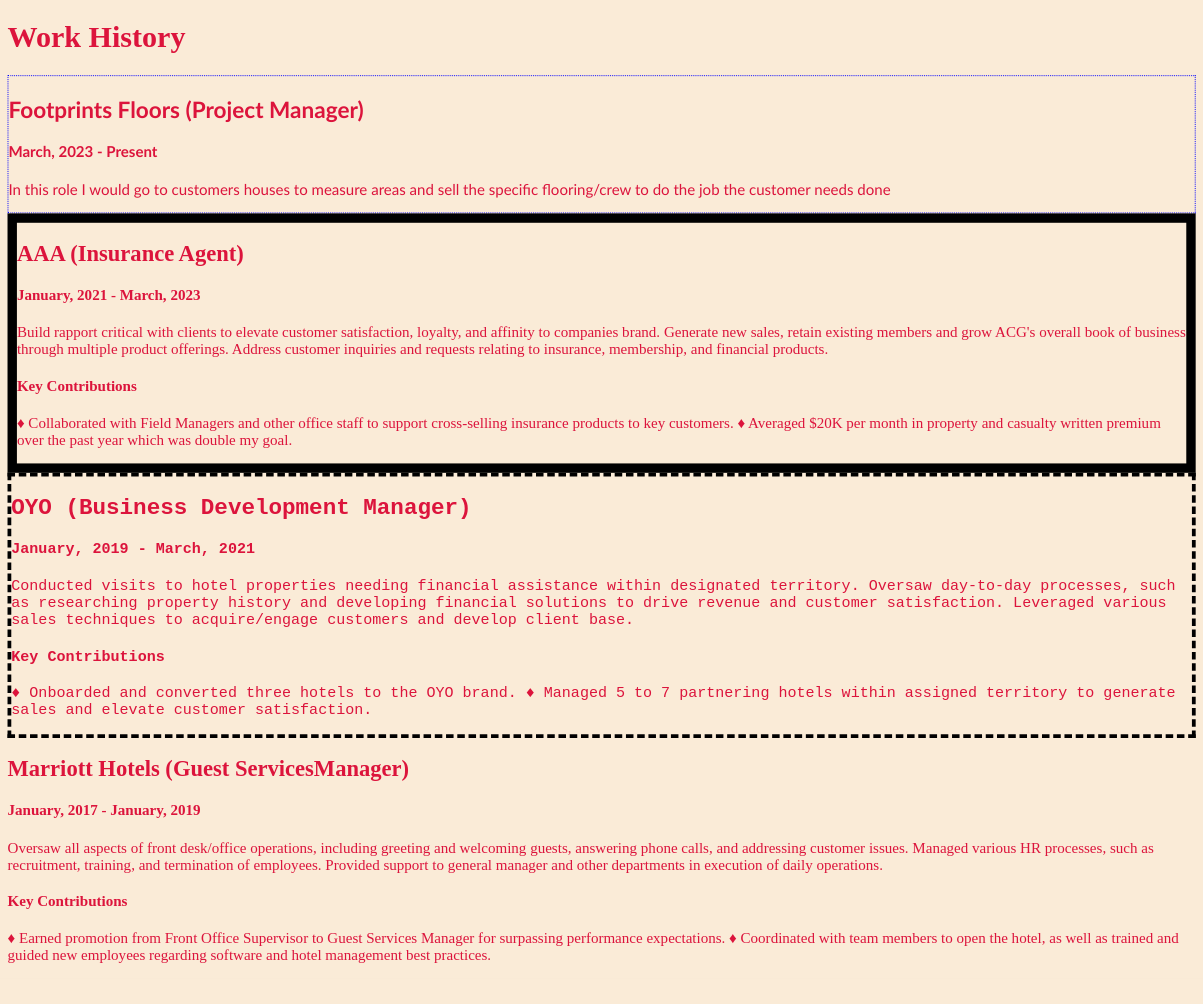
Repository: TEazy2433/LAB-HTML-Resume
Page: index.html
The author's editor kept a copy of each file at every save. The page is drawn from the files as they stood at one save, then again after the next save.
The browser window is 1280 px wide. The pictures show the whole page, at 94% of full size.

Above is the page before, as saved 2023-10-11 20:34:32.

### index.html
<!DOCTYPE html>
<html lang="en">
<head>
  <meta charset="UTF-8">
  <meta name="viewport" content="width=device-width, initial-scale=1.0">
  <title>Resume</title>
  <link rel="stylesheet" href="main.css">
  </head>
  <body>

  <script src="main.js"></script>
  </body>
  </html><html></html>
    </head>
      <title>Work History</title>
    </head>
    <body>
      <h1>Work History</h1>
      <article id="articleOne">
        <h2>Footprints Floors (Project Manager)</h2>
        <h4>March, 2023 - Present</h4>
        <section>
          <p>In this role I would go to customers houses to measure areas and sell the specific flooring/crew to do the job the customer needs done</p>
        </section>
      </article>

      <article id="articleTwo">
        <h2>AAA (Insurance Agent)</h2>
        <h4>January, 2021 - March, 2023</h4>
        <section>
          <p>Build rapport critical with clients to elevate customer satisfaction, loyalty, and affinity to companies brand. Generate new sales, retain existing members and grow ACG's overall book of business through multiple product offerings. Address customer inquiries and requests relating to insurance, membership, and financial products.</p>

          <h4>Key Contributions</h4>
          <P>♦ Collaborated with Field Managers and other office staff to support cross-selling insurance products to key customers.
            ♦ Averaged $20K per month in property and casualty written premium over the past year which was double my goal.</P>
        </section>
      </article>

      <article id="articleThree">
        <h2>OYO (Business Development Manager)</h2>
        <h4>January, 2019 - March, 2021</h4>
        <section>
          <p>Conducted visits to hotel properties needing financial assistance within designated territory. Oversaw day-to-day processes, such as researching property history and developing financial solutions to drive revenue and customer satisfaction. Leveraged various sales techniques to acquire/engage customers and develop client base.</p>

          <h4>Key Contributions</h4>
          <P>♦ Onboarded and converted three hotels to the OYO brand.
            ♦ Managed 5 to 7 partnering hotels within assigned territory to generate sales and elevate customer satisfaction.</P>
        </section>
      </article>

      <article id="articleFour">
        <h2>Marriott Hotels (Guest ServicesManager)</h2>
        <h4>January, 2017 - January, 2019</h4>
        <section>
          <p>Oversaw all aspects of front desk/office operations, including greeting and welcoming guests, answering phone calls, and addressing customer issues. Managed various HR processes, such as recruitment, training, and termination of employees. Provided support to general manager and other departments in execution of daily operations.</p>

          <h4>Key Contributions</h4>
          <P>♦ Earned promotion from Front Office Supervisor to Guest Services Manager for surpassing performance expectations.
            ♦ Coordinated with team members to open the hotel, as well as trained and guided new employees regarding software
            and hotel management best practices.</P>
        </section>
      </article>


    </body>

### main.css
body{
  background-color: antiquewhite;
}

h1{
  color: crimson;

}

h2{
  color: crimson;
}

p{
  color:crimson
}

h4{
  color:crimson
}

h5{
  color: crimson
}

#articleOne{
  font-family: 'Gill Sans', 'Gill Sans MT', Calibri, 'Trebuchet MS', sans-serif;
  border: 1px dotted blue
}

#articleTwo{
  font-family: cursive;
  border: 10px solid
}

#articleThree{
  font-family: 'Courier New', Courier, monospace;
  border: 4px dashed
}

#articleFour{
  font-family: fantasy;
}

### main.js
console.log("Resume");

After the next save:
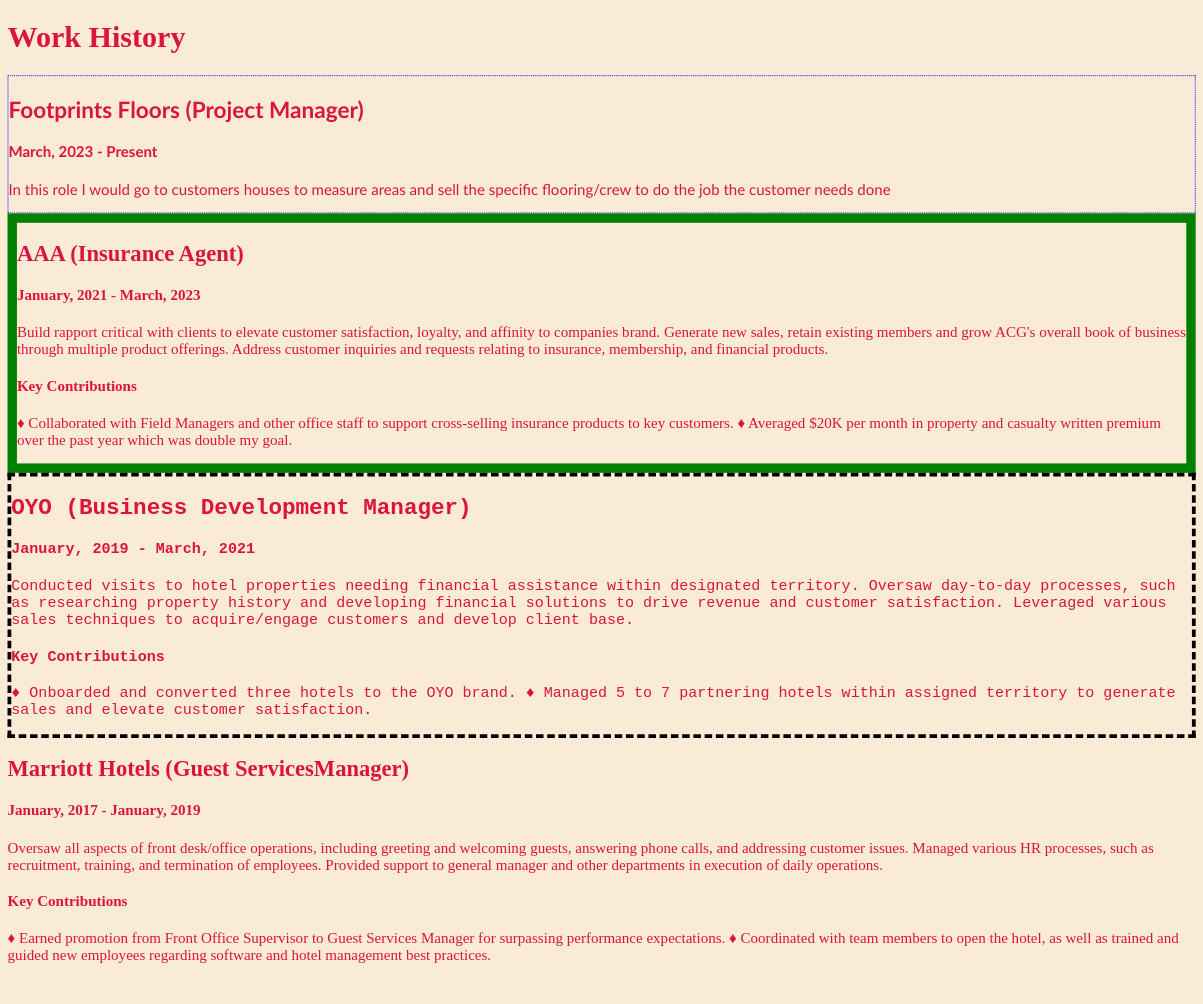
Saved 20 s later.
--- a/main.css
+++ b/main.css
@@ -30,7 +30,7 @@
 
 #articleTwo{
   font-family: cursive;
-  border: 10px solid
+  border: 10px solid green
 }
 
 #articleThree{
